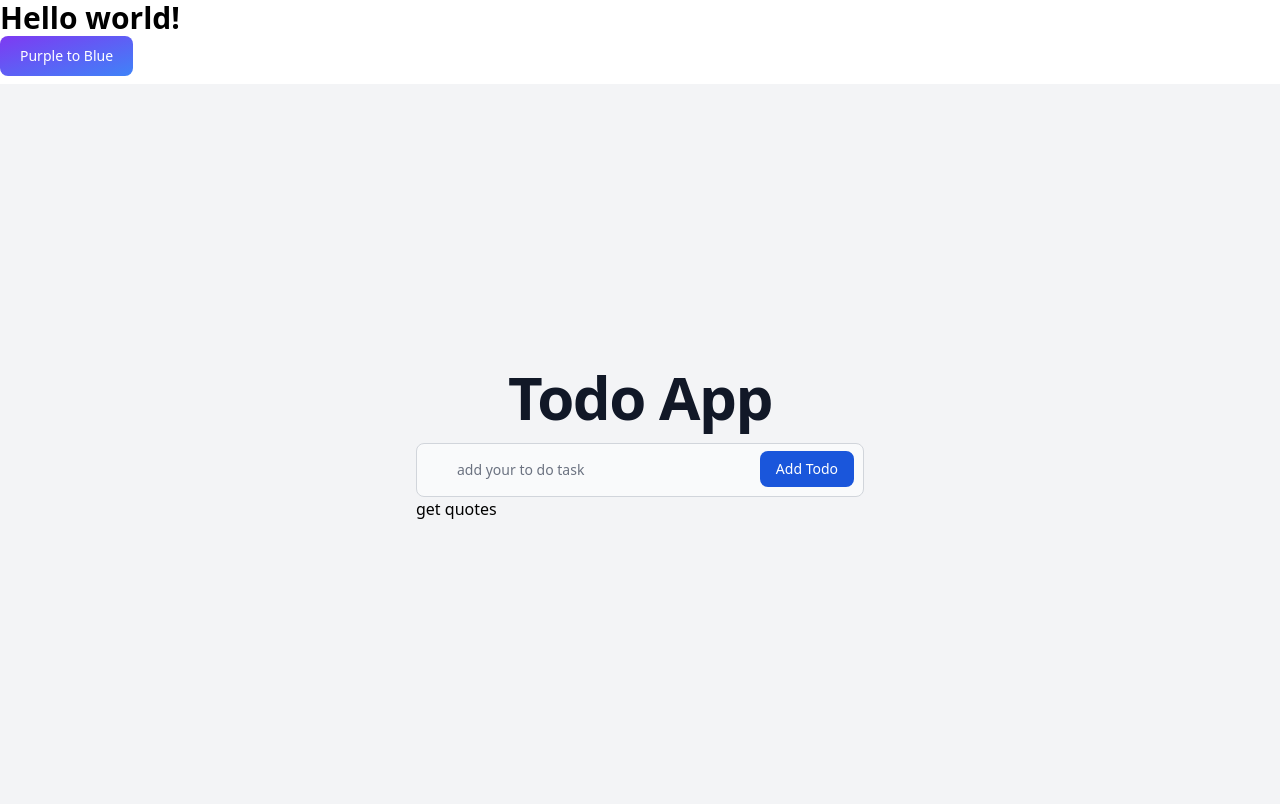
Repository: sodmaq/Todo-App
Page: /
An editor plug-in stored every save of this project. The page is shown before and after the next save, followed by the edit.
The browser window is 1280 px wide. The pictures show the whole page.
The project was rebuilt for these pictures with package versions that can differ from the ones it lists, and the page was loaded fresh each time. Also part of the build but not shown: vite.config.js, src/components/TodoItem.jsx.

Above is the page before, as saved 2024-09-04 11:31:25.

After the next save:
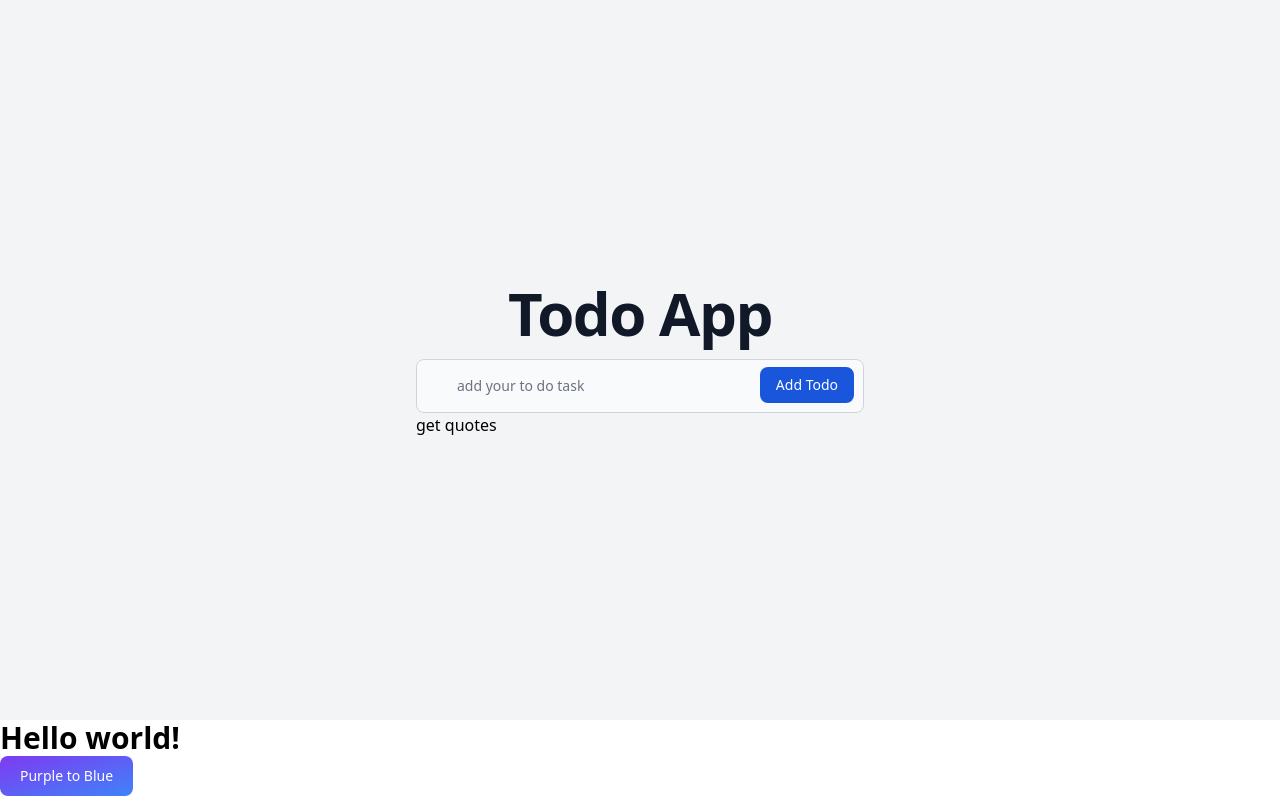
Saved 16 s later.
--- a/src/App.jsx
+++ b/src/App.jsx
@@ -5,8 +5,8 @@
 function App() {
   return (
     <BrowserRouter>
+      <Todo />
       <Quote />
-      <Todo />
     </BrowserRouter>
   );
 }
